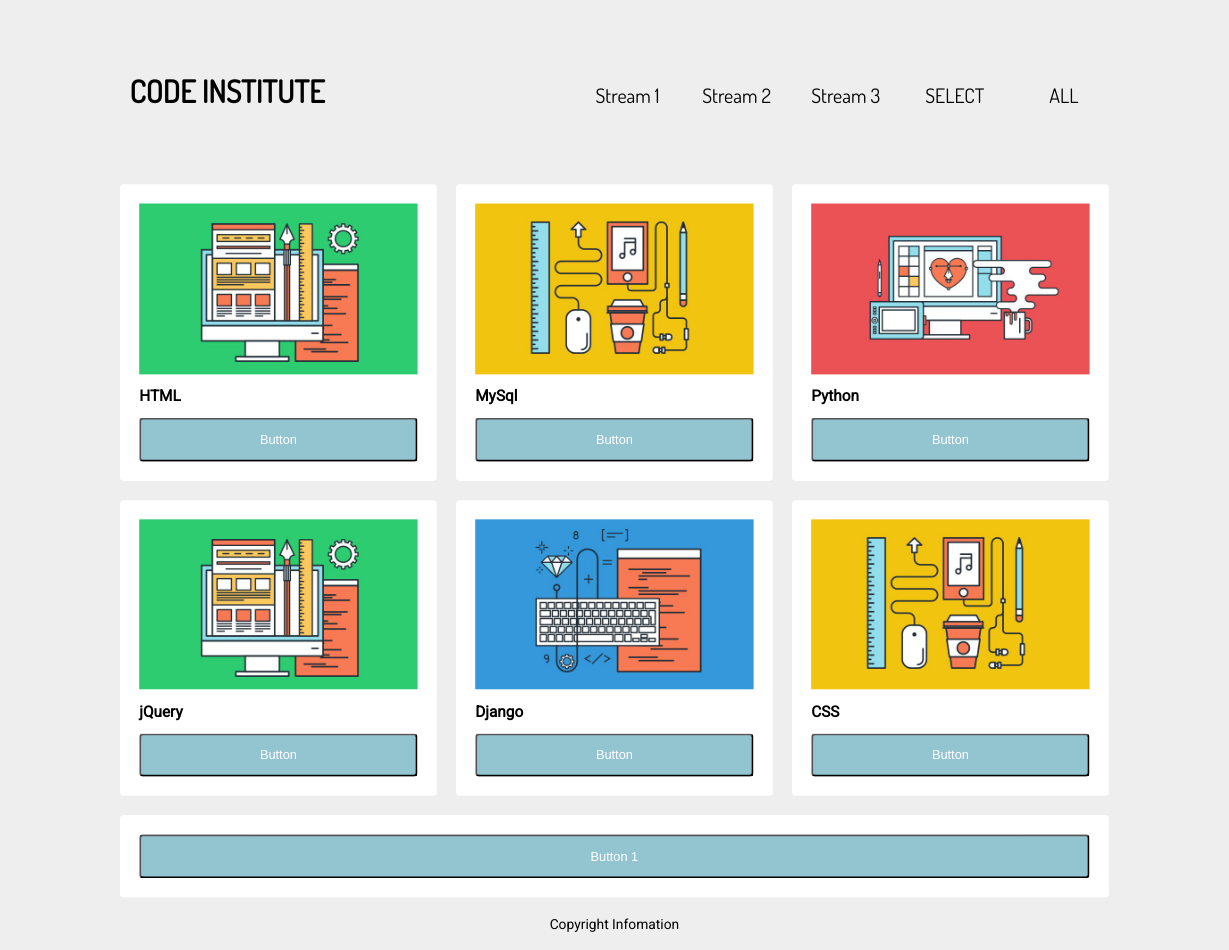
Repository: loosenthedark/CI_jquery-events
Page: Cards-jquery.html
The author's editor kept a record of every edit. The page is drawn from the files as they stood at one moment, then again after the next edit.
The browser window is 1280 px wide. The pictures show the whole page, at 96% of full size.
After loading, the first visible `#select` was clicked once.
Some web libraries are served in a nearby version.

Above is the page before.
Console error: TypeError: $(...).className is not a function

After the next edit:
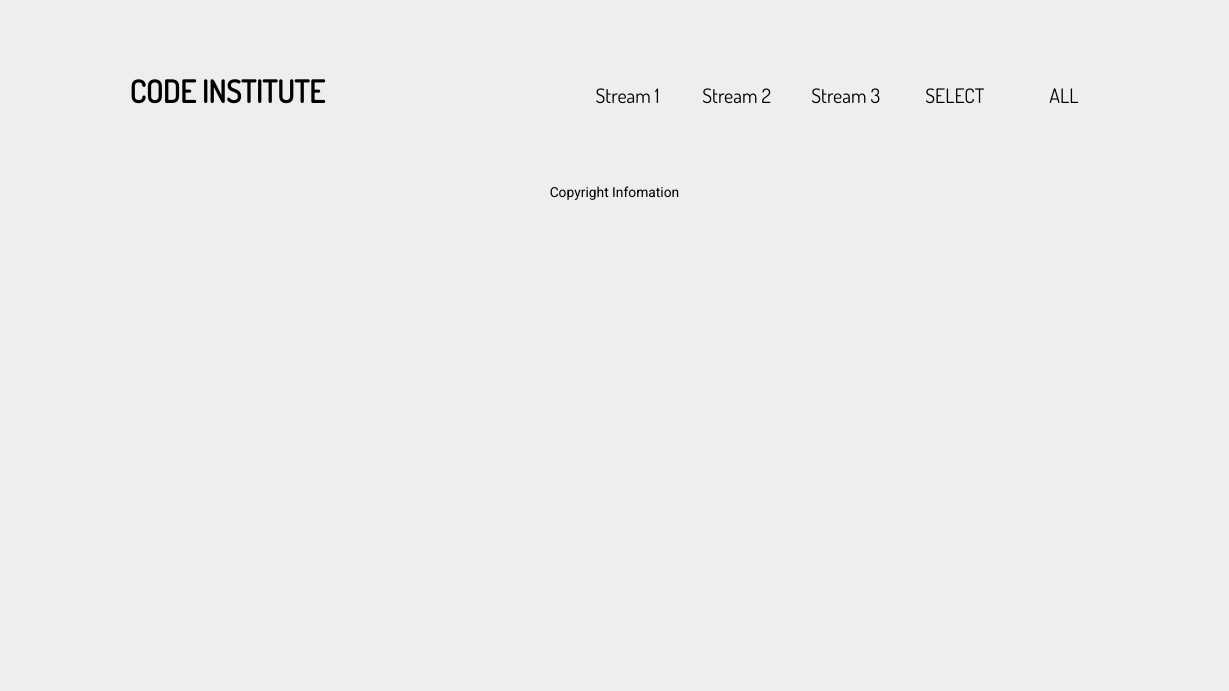
The error is gone.
The edit:
--- a/script.js
+++ b/script.js
@@ -44,11 +44,7 @@
 	});
 
 	$('#select').click(function(){
-		if ($('.card').className() == 'card_highlighter') {
-			$('.card').addClass('show_panels');}
-		// } else {
-		// $('.card').addClass('hide_panels');
-		// }
+		$('.card:not(.card_highlighter)').hide();
 	});
 
 	$('#all').click(function(){
